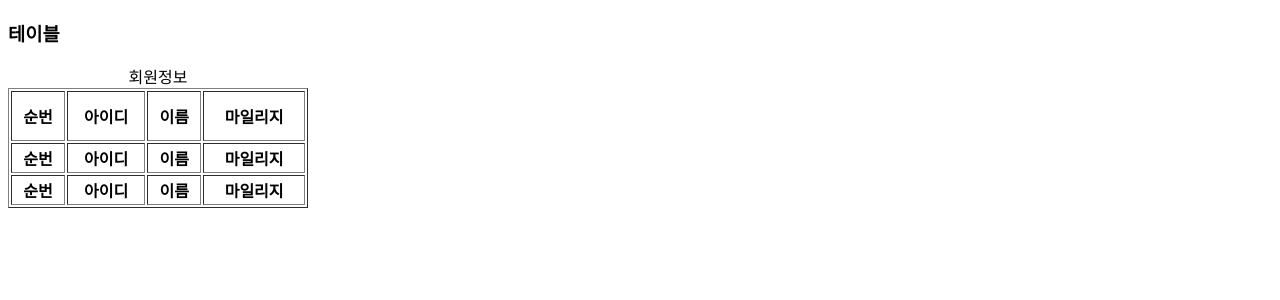
Repository: helloJunejun/WorkSpace_WebUi
Page: 0.2html_form_table/src/main/webapp/sample_table.html
These files come from the project's save history. The page is drawn as it stood at one moment and after the next save; the edit follows.
The browser window is 1280 px wide. The pictures show the whole page.

Above is the page before, as saved 2021-06-24 01:18:43.

### 0.2html_form_table/src/main/webapp/sample_table.html
<!DOCTYPE html PUBLIC "-//W3C//DTD HTML 4.01 Transitional//EN" "http://www.w3.org/TR/html4/loose.dtd">
<html>
<head>
<meta http-equiv="Content-Type" content="text/html; charset=UTF-8">
<title>테이블 예제</title>
</head>
<body>
<h3>테이블</h3>
<table border="1" width="300px">
	<caption>회원정보</caption>
	<tr height="50px">
		<th>순번</th>
		<th>아이디</th>
		<th>이름</th>
		<th>마일리지</th>
	</tr>

	<tr height="30px">
		<th>순번</th>
		<th>아이디</th>
		<th>이름</th>
		<th>마일리지</th>
	</tr>

	<tr height="30px">
		<th>순번</th>
		<th>아이디</th>
		<th>이름</th>
		<th>마일리지</th>
	</tr>
</table>
</body>
</html>

After the next save:
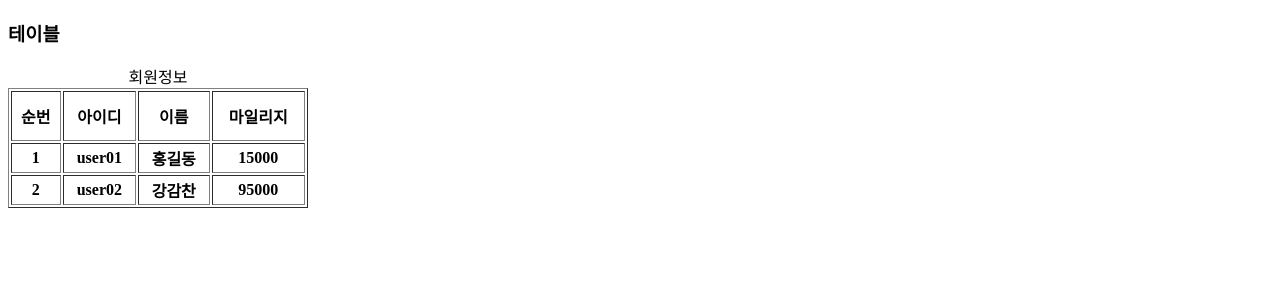
Saved 44 s later.
--- a/0.2html_form_table/src/main/webapp/sample_table.html
+++ b/0.2html_form_table/src/main/webapp/sample_table.html
@@ -16,17 +16,17 @@
 	</tr>
 
 	<tr height="30px">
-		<th>순번</th>
-		<th>아이디</th>
-		<th>이름</th>
-		<th>마일리지</th>
+		<th>1</th>
+		<th>user01</th>
+		<th>홍길동</th>
+		<th>15000</th>
 	</tr>
 
 	<tr height="30px">
-		<th>순번</th>
-		<th>아이디</th>
-		<th>이름</th>
-		<th>마일리지</th>
+		<th>2</th>
+		<th>user02</th>
+		<th>강감찬</th>
+		<th>95000</th>
 	</tr>
 </table>
 </body>
